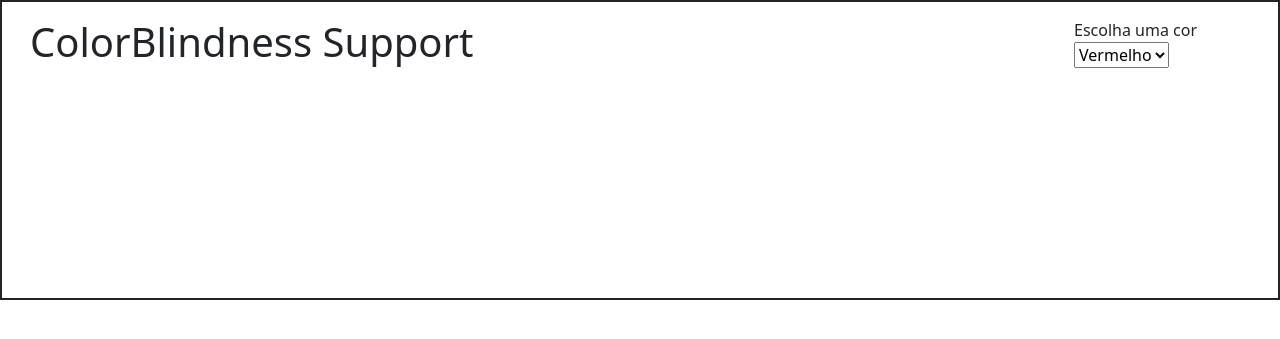
Repository: pedrosiqueira/daltonchrome
Page: popup.html
The author's editor kept a copy of each file at every save. The page is drawn from the files as they stood at one save, then again after the next save.
The browser window is 1280 px wide. The pictures show the whole page.

Above is the page before, as saved 2022-06-17 13:03:12.

### popup.html
<!DOCTYPE html>
<html>

<head>
    <meta charset="utf-8" />
    <link href="css/vendor/bootstrap.min.css" rel="stylesheet" crossorigin="anonymous">
    <link rel="stylesheet" type="text/css" href="css/popup.css" />
</head>

<body class="p-3 d-flex border border-dark border-2 ">

    <div class="container flex popup">

        <h1> ColorBlindness Support </h1>

        <!--
        <div class="form-check form-switch col">
            <input class="form-check-input" type="checkbox" id="flexSwitchCheckChecked">
            <label class="form-check-label" for="flexSwitchCheckChecked" id="MeuSwitch">Ativar extensão</label>
        </div>

        <button id="meubotao" type="button" class="btn row w-10 h-15 btn-dark">
            Clique-me
        </button>
    -->

    </div>

    <div class="flex  center-block">
        <label for="cores">Escolha uma cor</label>

        <select name="cores" id="cores">
            <option value="red">Vermelho</option>
            <option value="green">Verde</option>
            <option value="blue">Azul</option>
        </select>
    </div>

    <script src="js/vendor/jquery-3.6.0.min.js"></script>
    <script src="js/vendor/bootstrap.bundle.min.js"></script>
    <script src="js/popup.js"></script>
</body>

</html>

### css/popup.css
body {
    min-width:600px;
    min-height:300px;
}

#table-wrapper {
    position:relative;
    white-space: nowrap;
}
#table-scroll {
    overflow:auto;
    margin-top:20px;
}
#table-wrapper table {
    width:100%;

}

#table-wrapper table thead th .text {
    position:absolute;
    top:-20px;
    z-index:2;
    height:20px;
    width:35%;
    border:1px solid red;
}

#table-wrapper table tbody td{
    border: 1px solid black;
}

### js/popup.js
start()

function start() {
    $("#meubotao").click(umafuncao)
}

function ativar(){
    $("#MeuSwitch")
}


async function umafuncao() {

    // obtém a aba atual
    [currentTab] = await chrome.tabs.query({ active: true, currentWindow: true });

    // envia mensagem para a aba atual
    chrome.tabs.sendMessage(currentTab.id, { nome: "Carol", curso: "TADS", orientador: "pedro" }, callback);


}

// funcao que recebe a resposta da mensagem que foi enviada para alguma aba
function callback(response) {
    console.log("ufa, a mensagem conseguiu chegar!")
    console.log(response)
}

Loaded but not shown: css/vendor/bootstrap.min.css (library); js/vendor/jquery-3.6.0.min.js (library); js/vendor/bootstrap.bundle.min.js (library)

After the next save:
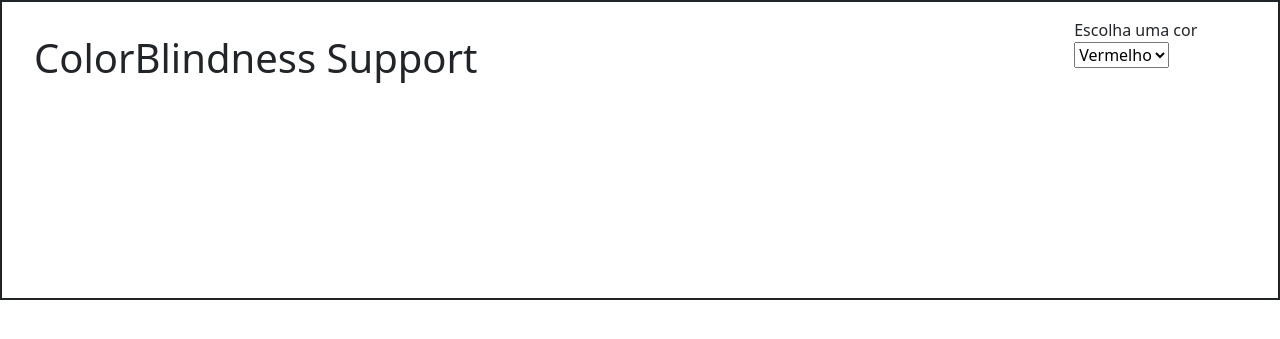
Saved 11 s later.
--- a/popup.html
+++ b/popup.html
@@ -9,7 +9,7 @@
 
 <body class="p-3 d-flex border border-dark border-2 ">
 
-    <div class="container flex popup">
+    <div class="container flex p-3 d-flex">
 
         <h1> ColorBlindness Support </h1>
 
